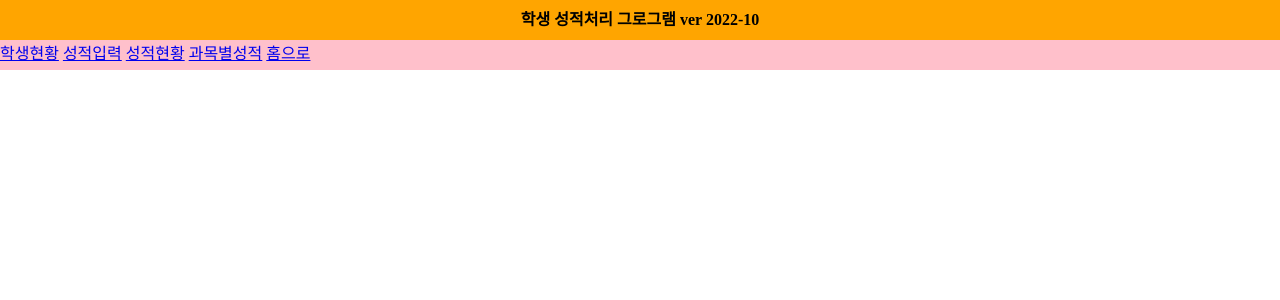
Repository: GotChun/license_practice
Page: http://localhost/HRD_0525/
These files come from the project's save history. The page is drawn as it stood at one moment and after a run of saves; the edit follows.
The browser window is 1280 px wide. The pictures show the whole page.
The page is served by Tomcat 9.

Above is the page before, as saved 2025-02-22 07:25:42.

After the next 2 saves:
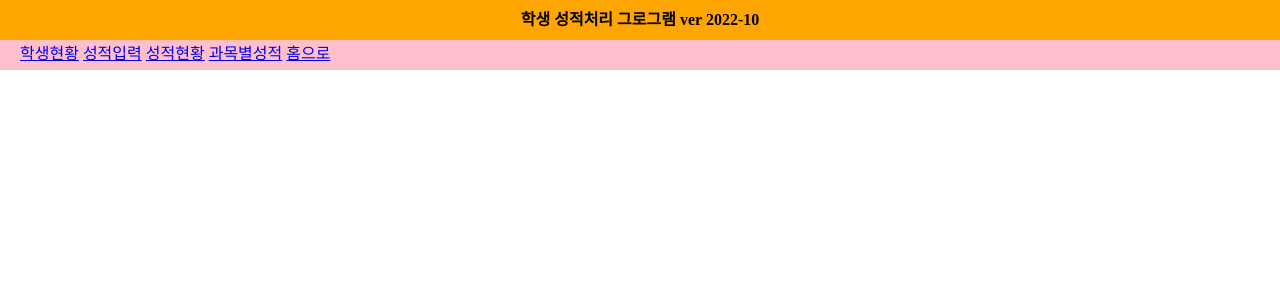
The 2 saves are shown as one change because they came seconds apart.
The last was saved 11 s later.
--- a/HRD_0525/src/main/webapp/index.jsp
+++ b/HRD_0525/src/main/webapp/index.jsp
@@ -13,7 +13,7 @@
 		<b>학생 성적처리 그로그램 ver 2022-10</b>
 	</header>
 
-	<nav style="position:fixed; top:40px; left:0px; width:100%; height:30px; line-heignt:30px; background-color: pink;">
+	<nav style="position:fixed; top:40px; left:0px; width:100%; height:30px; line-heignt:30px; background-color: pink; padding-left:20px;">
 		<a href="slist.jsp">학생현황</a>
 		<a href="insert.jsp">성적입력</a>
 		<a href="jumlist.jsp">성적현황</a>
